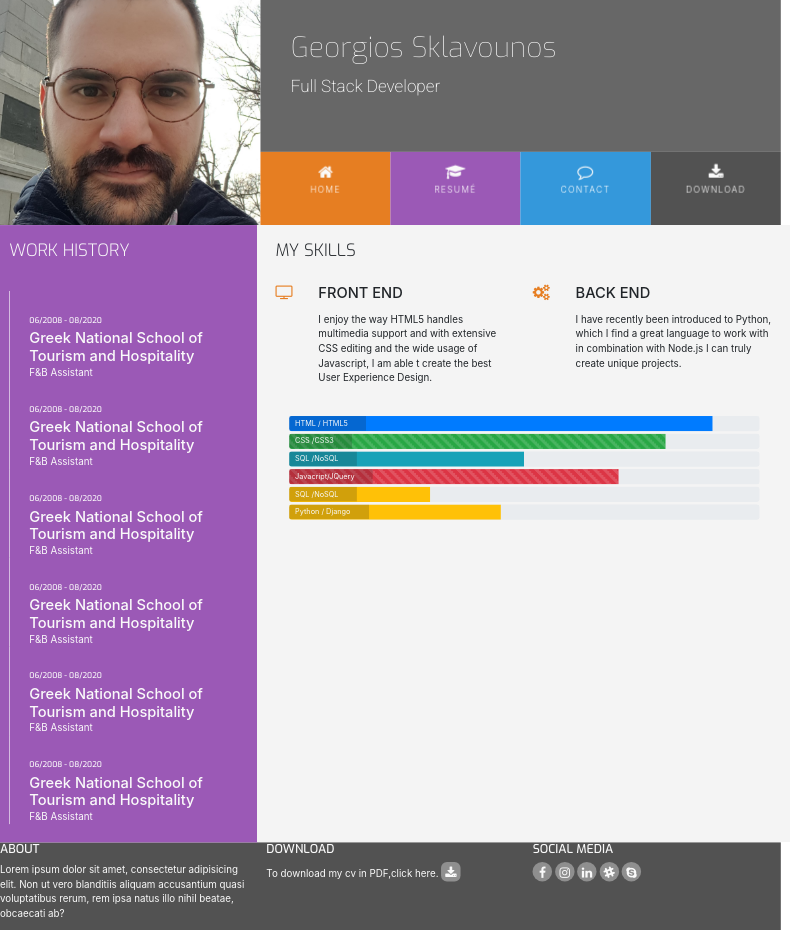
Repository: GeorgiosSklav/MyResume
Page: resume.html
The author's editor kept a record of every edit. The page is drawn from the files as they stood at one moment, then again after the next edit.
The browser window is 1280 px wide. The page is 1295 px wide, then 1310 px, then 1295 px, so the pictures cover 1310 px, including what lies to the right of the window. The pictures show the whole page, at 61% of full size.

Above is the page before.

After the next edit:
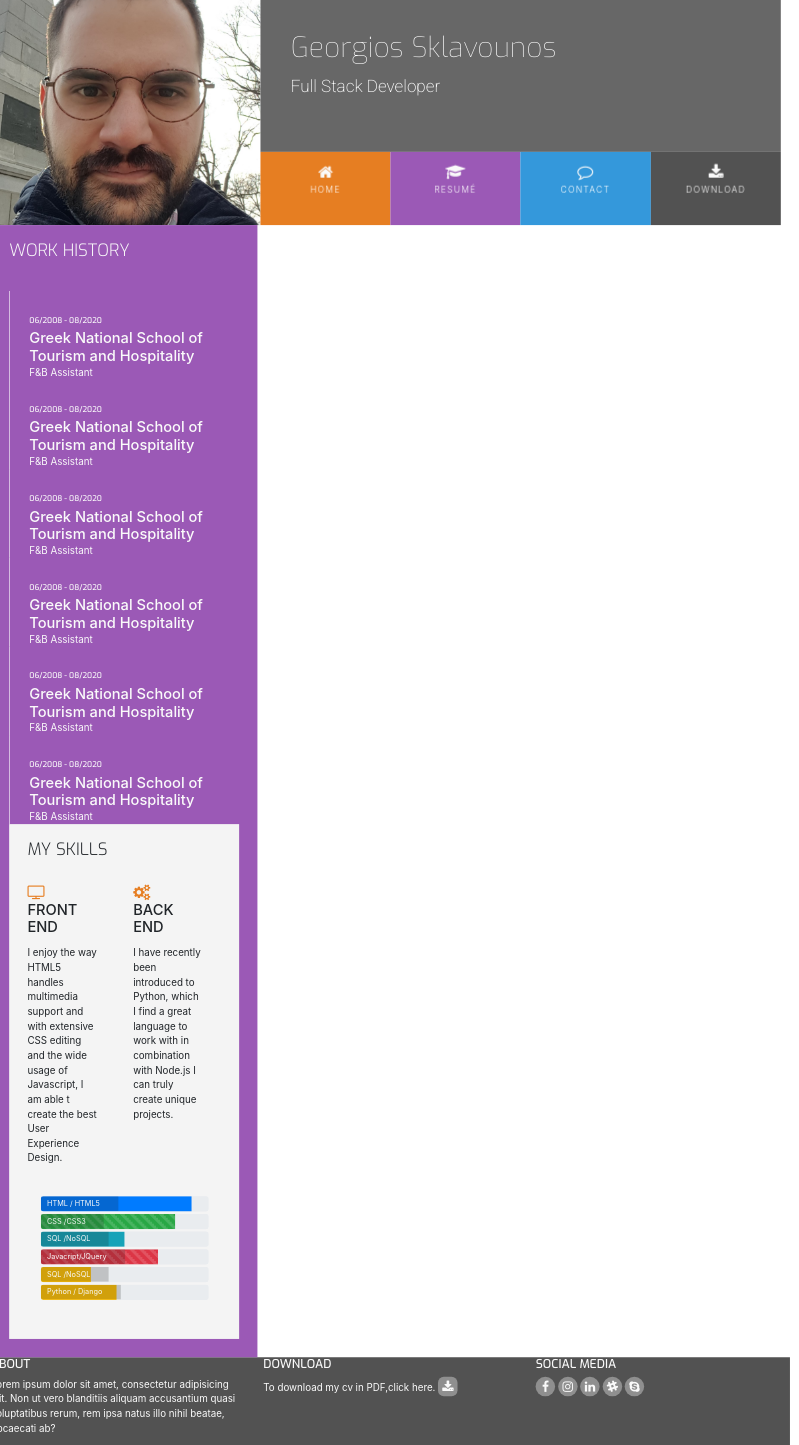
The edit:
--- a/resume.html
+++ b/resume.html
@@ -53,6 +53,7 @@
                         <h3 class="history-heading uppercase">Work History</h3>
                     </div>
                 </div>
+                <div class="history-items">
                 <div class="timeline-item" data-dates="06/2008 - 08/2020">
                     <h4>Greek National School of Tourism and Hospitality</h4>
                     <p>F&B Assistant</p>

After the edit that followed:
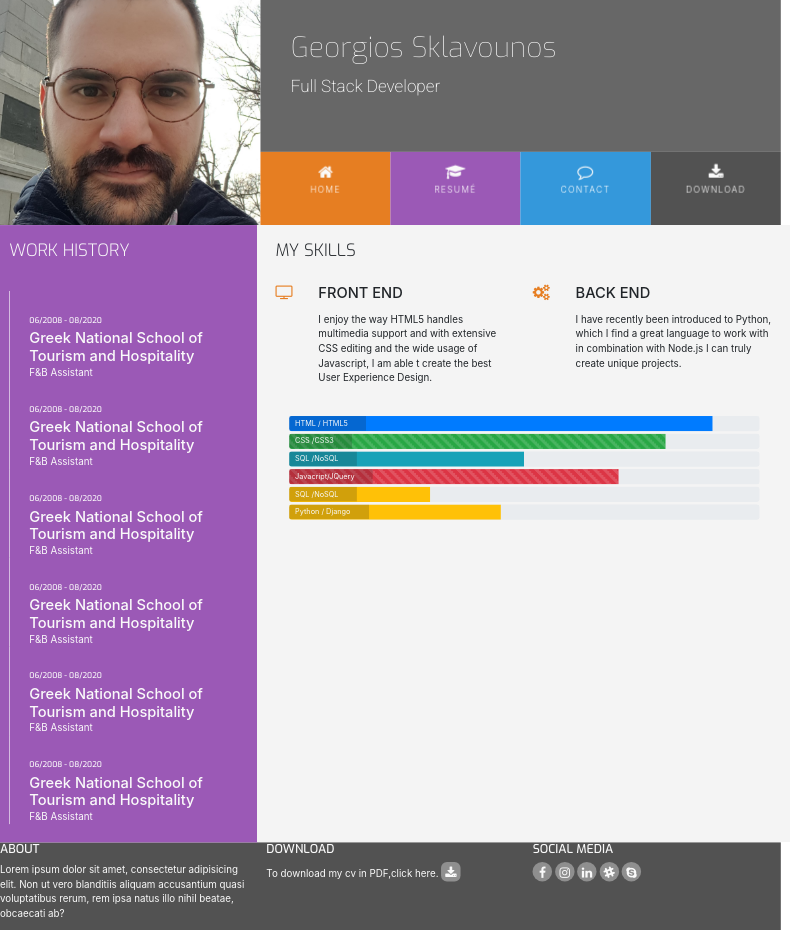
The edit:
--- a/resume.html
+++ b/resume.html
@@ -54,29 +54,30 @@
                     </div>
                 </div>
                 <div class="history-items">
-                <div class="timeline-item" data-dates="06/2008 - 08/2020">
-                    <h4>Greek National School of Tourism and Hospitality</h4>
-                    <p>F&B Assistant</p>
-                </div>
-                <div class="timeline-item" data-dates="06/2008 - 08/2020">
-                    <h4>Greek National School of Tourism and Hospitality</h4>
-                    <p>F&B Assistant</p>
-                </div>
-                <div class="timeline-item" data-dates="06/2008 - 08/2020">
-                    <h4>Greek National School of Tourism and Hospitality</h4>
-                    <p>F&B Assistant</p>
-                </div>
-                <div class="timeline-item" data-dates="06/2008 - 08/2020">
-                    <h4>Greek National School of Tourism and Hospitality</h4>
-                    <p>F&B Assistant</p>
-                </div>
-                <div class="timeline-item" data-dates="06/2008 - 08/2020">
-                    <h4>Greek National School of Tourism and Hospitality</h4>
-                    <p>F&B Assistant</p>
-                </div>
-                <div class="timeline-item" data-dates="06/2008 - 08/2020">
-                    <h4>Greek National School of Tourism and Hospitality</h4>
-                    <p>F&B Assistant</p>
+                    <div class="timeline-item" data-dates="06/2008 - 08/2020">
+                        <h4>Greek National School of Tourism and Hospitality</h4>
+                        <p>F&B Assistant</p>
+                    </div>
+                    <div class="timeline-item" data-dates="06/2008 - 08/2020">
+                        <h4>Greek National School of Tourism and Hospitality</h4>
+                        <p>F&B Assistant</p>
+                    </div>
+                    <div class="timeline-item" data-dates="06/2008 - 08/2020">
+                        <h4>Greek National School of Tourism and Hospitality</h4>
+                        <p>F&B Assistant</p>
+                    </div>
+                    <div class="timeline-item" data-dates="06/2008 - 08/2020">
+                        <h4>Greek National School of Tourism and Hospitality</h4>
+                        <p>F&B Assistant</p>
+                    </div>
+                    <div class="timeline-item" data-dates="06/2008 - 08/2020">
+                        <h4>Greek National School of Tourism and Hospitality</h4>
+                        <p>F&B Assistant</p>
+                    </div>
+                    <div class="timeline-item" data-dates="06/2008 - 08/2020">
+                        <h4>Greek National School of Tourism and Hospitality</h4>
+                        <p>F&B Assistant</p>
+                    </div>
                 </div>
             </div>
             <div class="col-md-8 bg-color-three-reasons section-column">
